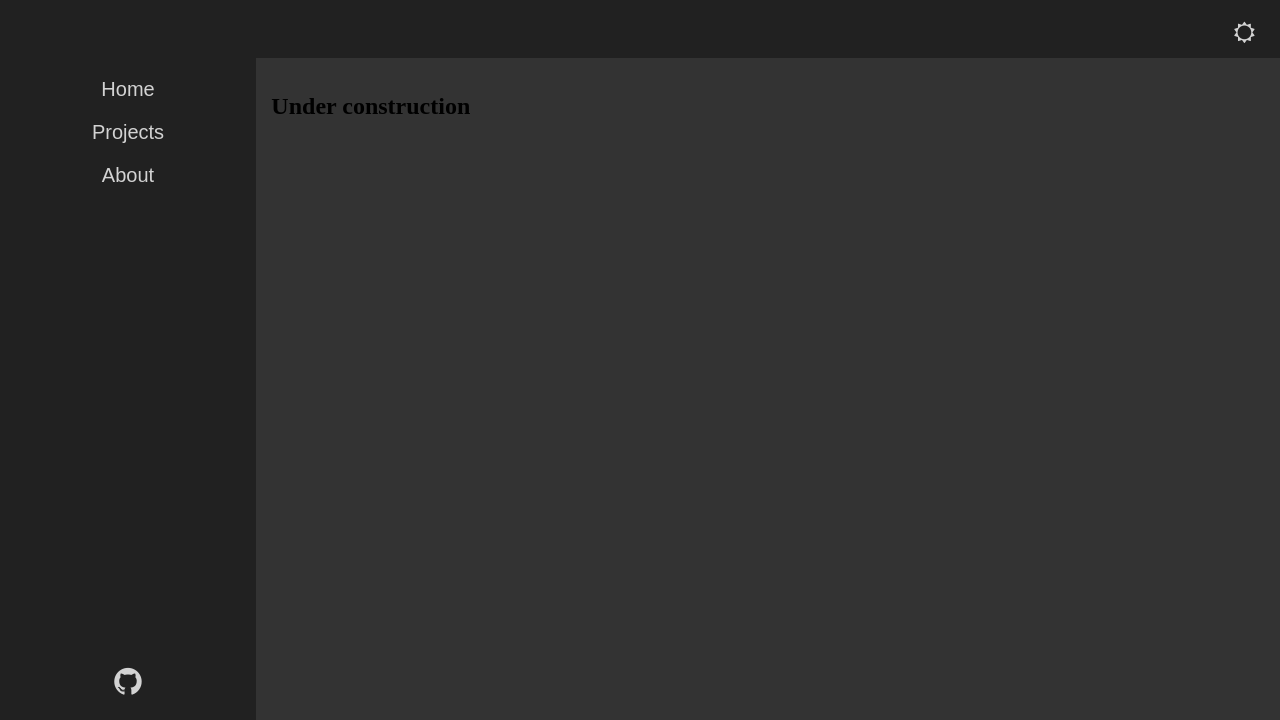
Repository: josephinel6/josephinel6.github.io
Page: index.html
An editor plug-in stored every save of this project. The page is shown before and after the next save, followed by the edit.
The browser window is 1280 px wide. The pictures show the whole page.

Above is the page before, as saved 2023-05-25 11:32:07.

After the next save:
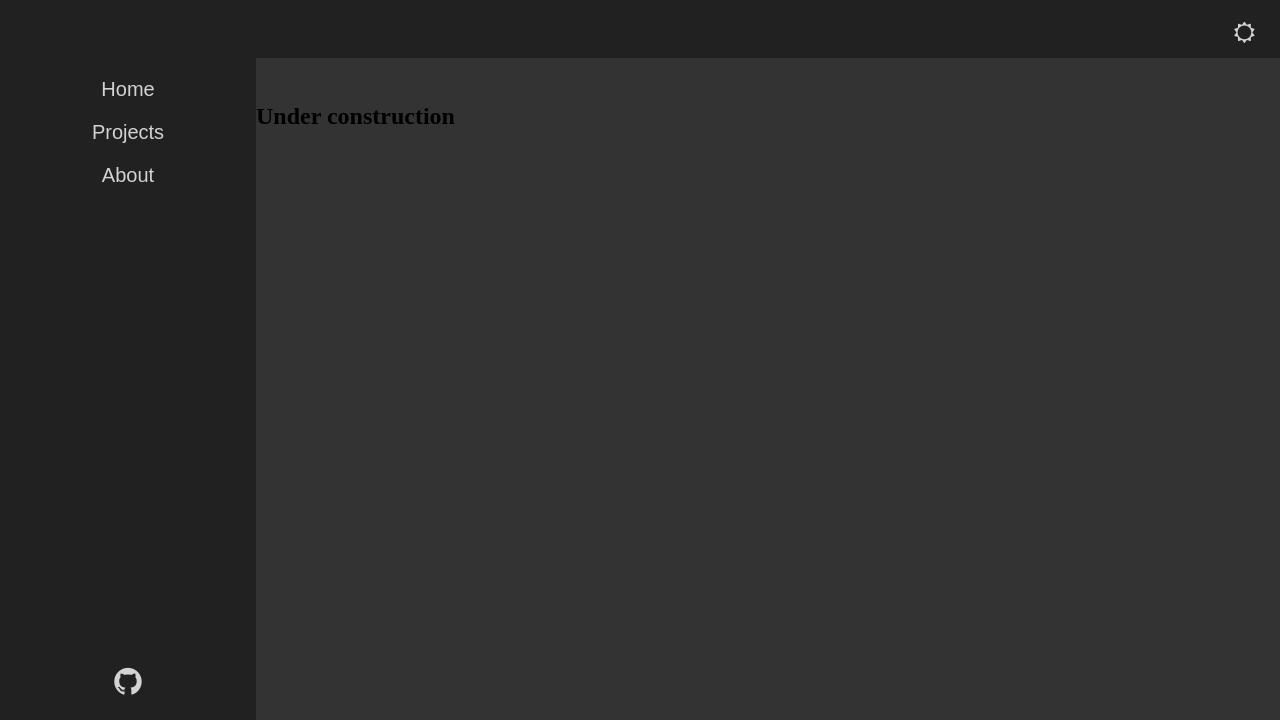
Saved 10 s later.
--- a/index.html
+++ b/index.html
@@ -102,7 +102,7 @@
             width: 80vw;
             /* position: relative; */
             overflow-y: scroll;
-            padding: 1.5%;
+            padding-top: 2.5%;
             /* margin-top: 2.5%;
             margin-left: 2.5%; */
         }
